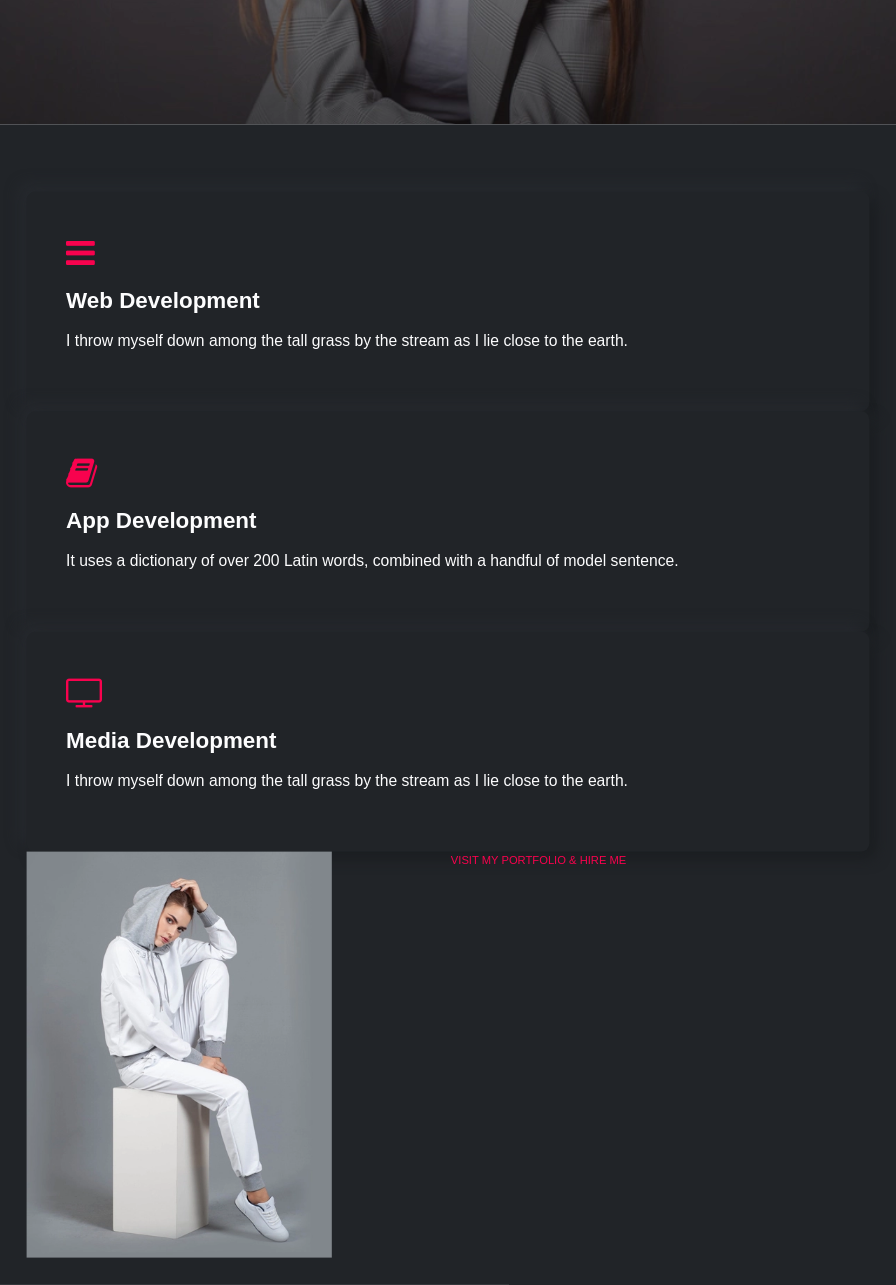
Repository: arminprogramme/inbio
Page: /
These files come from the project's save history. The page is drawn as it stood at one moment and after the next save; the edit follows.
The browser window is 1280 px wide. The pictures show the part of the page from y = 692 to 2612 px (the page is 2527 px tall before and 2612 px after), at 70% of full size.
Some web libraries are served in a nearby version. The project was rebuilt for these pictures with package versions that can differ from the ones it lists, and the page was loaded fresh each time. Also part of the build but not shown: vite.config.js.

Above is the page before, as saved 2023-10-20 03:15:34.

After the next save:
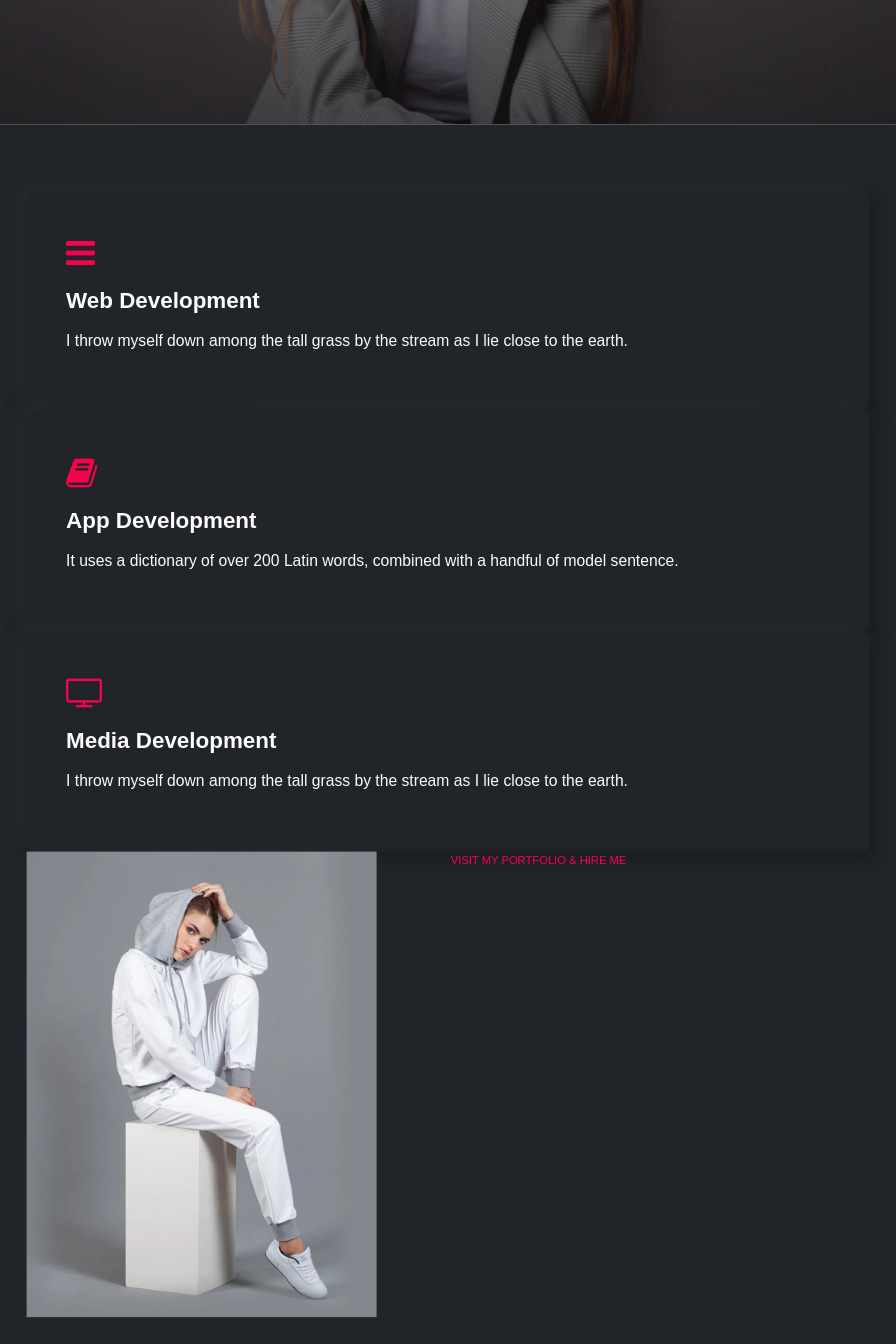
Saved 23 s later.
--- a/src/Component/Body/About/About.css
+++ b/src/Component/Body/About/About.css
@@ -1,3 +1,7 @@
 .inner-img-about {
     max-width: 500px;
 }
+
+.inner-img-about img {
+    width: 100%;
+}
